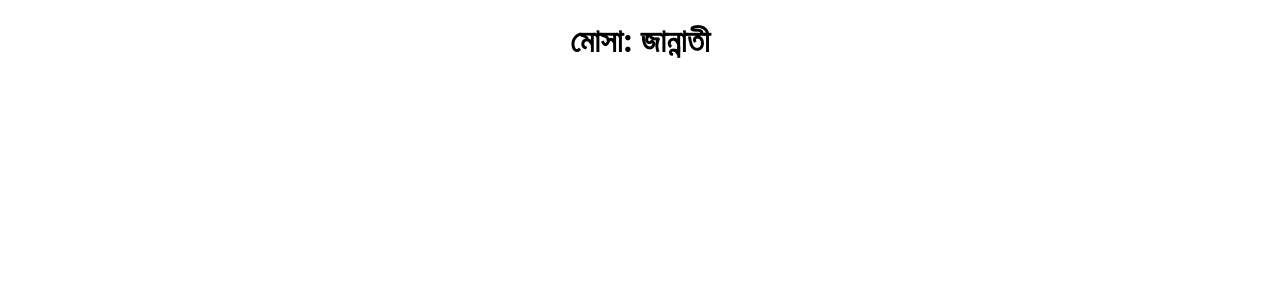
Repository: Devloper-solaiman/University-Of-Dhaka
Page: /
An editor plug-in stored every save of this project. The page is shown before and after the next save, followed by the edit.
The browser window is 1280 px wide. The pictures show the whole page.
The project was rebuilt for these pictures with package versions that can differ from the ones it lists, and the page was loaded fresh each time.

Above is the page before, as saved 2023-02-14 09:18:02.

### src/App.js
import logo from './logo.svg';
import './App.css';

function App() {
  return (
    <div className="App">
      <h1>মোসা: জান্নাতী </h1>
    </div>
  );
}

export default App;

Loaded but not shown: public/index.html (common file); src/index.js (common file); src/index.css (common file); src/reportWebVitals.js (common file); src/App.css (common file)

After the next save:
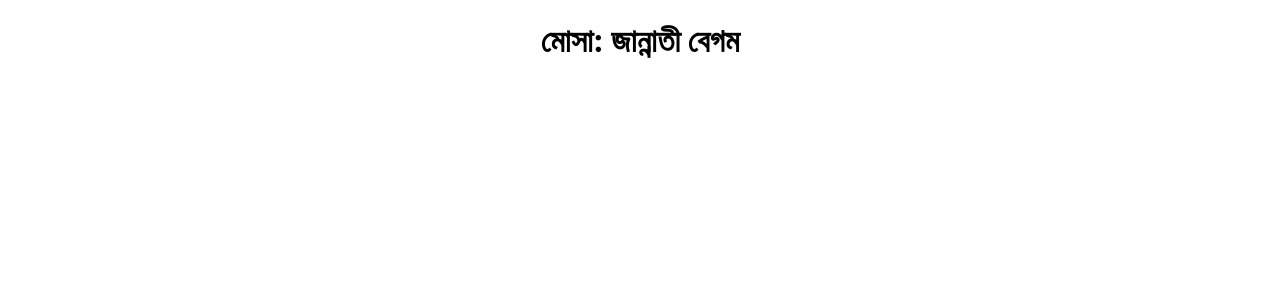
Saved 15 s later.
--- a/src/App.js
+++ b/src/App.js
@@ -4,7 +4,7 @@ import './App.css';
 function App() {
   return (
     <div className="App">
-      <h1>মোসা: জান্নাতী </h1>
+      <h1>মোসা: জান্নাতী বেগম</h1>
     </div>
   );
 }
